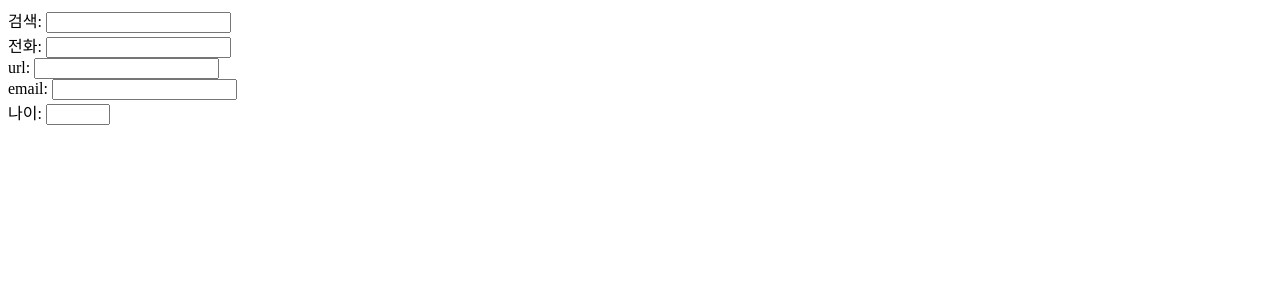
Repository: Jin0207/html_css
Page: day1130/src/main/webapp/enhancedTag.html
These files come from the project's save history. The page is drawn as it stood at one moment and after the next save; the edit follows.
The browser window is 1280 px wide. The pictures show the whole page.

Above is the page before, as saved 2021-11-30 06:32:28.

After the next save:
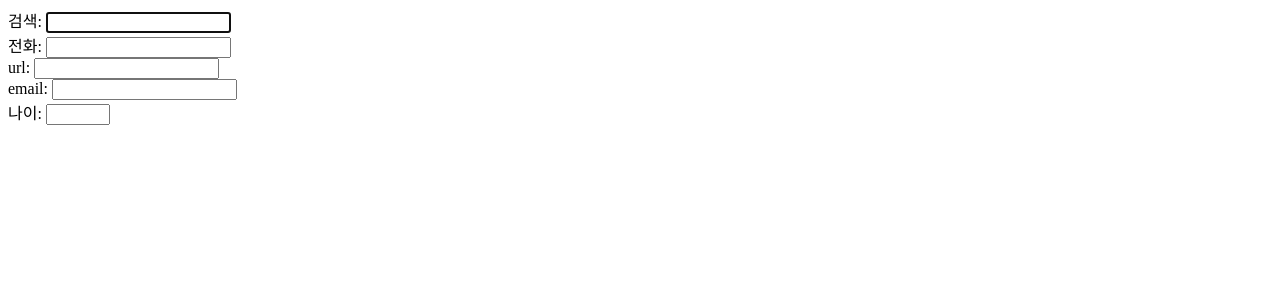
Saved 10 s later.
--- a/day1130/src/main/webapp/enhancedTag.html
+++ b/day1130/src/main/webapp/enhancedTag.html
@@ -6,7 +6,7 @@
 </head>
 <body>
 	<form action="enhancedTag.jsp" method="post">
-		검색: <input type="search" name="keyword"> <br>
+		검색: <input type="search" name="keyword" autofocus="autofocus"> <br>
 		전화: <input type="tel" name="tel" required="required"> <br>
 		url: <input type="url" name="url"> <br>
 		email: <input type="email" name="email" required="required"> <br>
